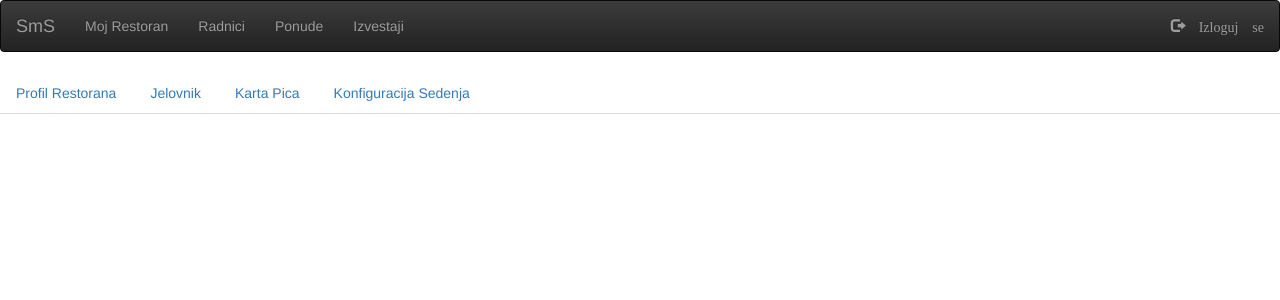
Repository: milanadam94/ISA-2016
Page: jpa-example/src/main/webapp/RestaurantManager/RestaurantManager.html
The author's editor kept a copy of each file at every save. The page is drawn from the files as they stood at one save, then again after a run of saves.
The browser window is 1280 px wide. The pictures show the whole page.
The page's requests for data from a server got no answer. Some web libraries are served in a nearby version.

Above is the page before, as saved 2017-03-01 08:10:23.

After the next 2 saves:
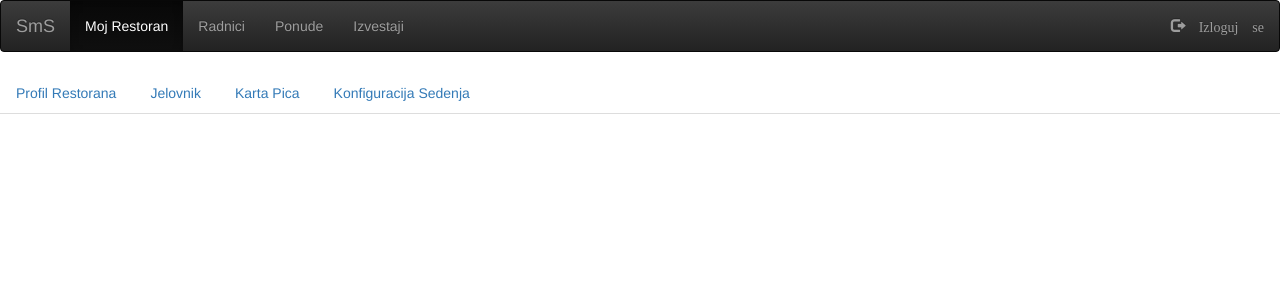
The 2 saves are shown as one change because they came seconds apart.
The last was saved 110 s later.
--- a/jpa-example/src/main/webapp/RestaurantManager/RestaurantManager.html
+++ b/jpa-example/src/main/webapp/RestaurantManager/RestaurantManager.html
@@ -39,7 +39,7 @@
 				<a class="navbar-brand">SmS</a>
 			</div>
 		<ul class="nav navbar-nav">
-			<li><a href="RestaurantManager.html" ng-click="getRestaurant()">Moj Restoran</a></li>
+			<li class="active"><a href="RestaurantManager.html" ng-click="getRestaurant()">Moj Restoran</a></li>
 			<li><a href="RestaurantManagerWorkers.html">Radnici</a></li>
 			<li><a href="RestaurantManagerOfferers.html">Ponude</a></li>
 			<li><a href="RestourantManagerReport.html">Izvestaji</a></li>
